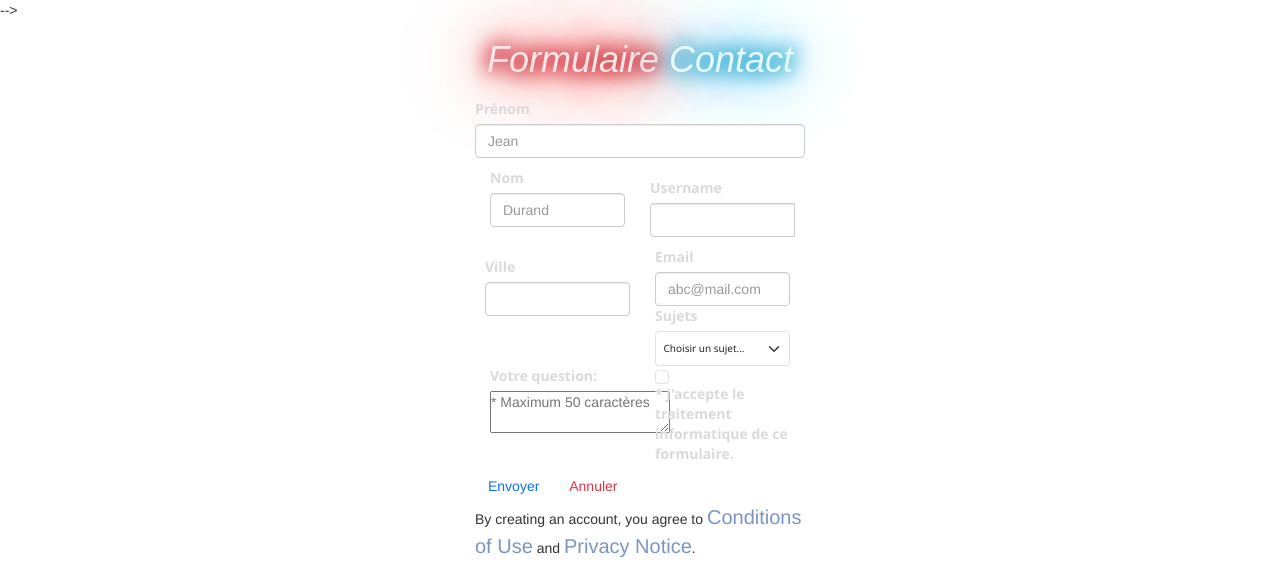
Repository: fab5052/Site
Page: contact.html
An editor plug-in stored every save of this project. The page is shown before and after the next save, followed by the edit.
The browser window is 1280 px wide. The pictures show the part of the page from y = 646 to 1216 px (the page is 1216 px tall before and 1176 px after).
Backgrounds fixed to the window are drawn as part of the page. Some web libraries are served in a nearby version.

Above is the page before, as saved 2024-03-13 20:07:10.

After the next save:
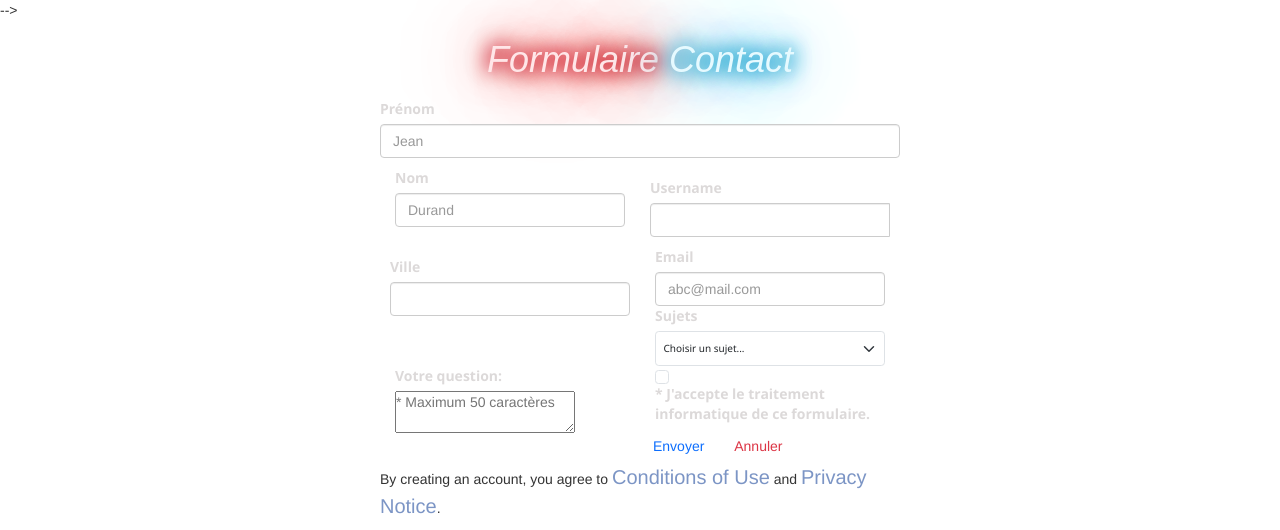
Saved 26 s later.
--- a/contact.html
+++ b/contact.html
@@ -185,7 +185,7 @@
 
 <div class="container">
   <div class="row justify-content-center">
-    <div class="col-md-4">
+    <div class="col-md-6">
 
       <form method="POST" name="connexion" id="validationCustom" class="needs-validation" novalidate>
         <div class="mb-3">
